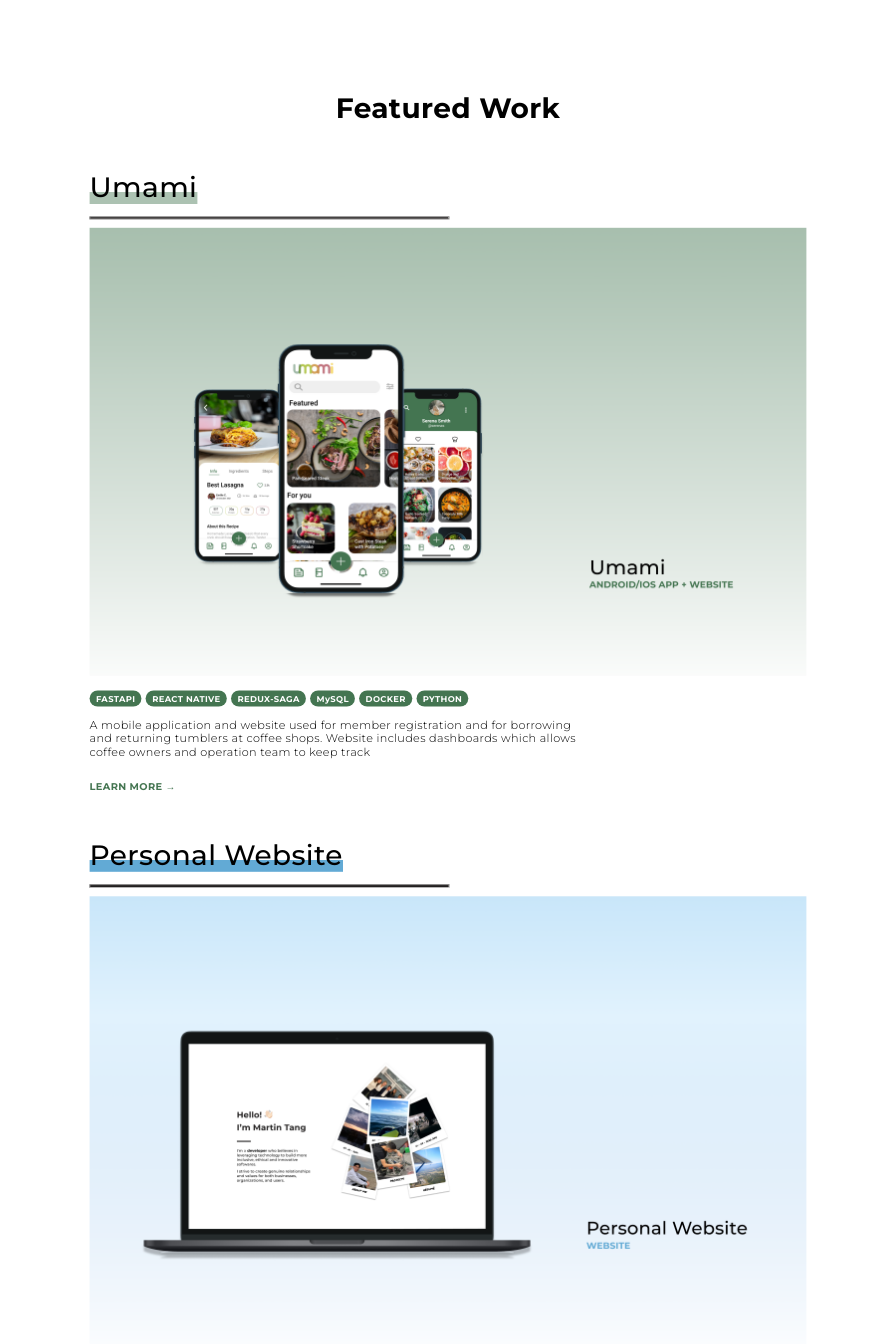
Repository: TangMartin/martintang
Page: index.html
These files come from the project's save history. The page is drawn as it stood at one moment and after the next save; the edit follows.
The browser window is 1280 px wide. The pictures show the part of the page from y = 879 to 2799 px (the page is 2982 px tall), at 70% of full size.

Above is the page before, as saved 2021-11-24 22:12:46.

### index.html
<!DOCTYPE html>

<html>
    <head>
        <link href="./styles/style.css" rel="stylesheet">
        <link rel="preconnect" href="https://fonts.googleapis.com">
        <link rel="preconnect" href="https://fonts.gstatic.com" crossorigin>
        <link href="https://fonts.googleapis.com/css2?family=Montserrat:wght@300;500;700&display=swap" rel="stylesheet">
        <title> Martin Tang</title>
    </head>

    <body>
        <!-- Nav Bar-->
        <!-- Main Page-->
        <div class="flex-main">
            <!-- Left Box-->
            <div class="flex-left">
                <h1>Hello! <span class="wave" style="margin-left: 4%;">👋🏻</span> </h1>
                <h1>I'm Martin Tang</h1>
                <hr style="height:5px; width:15%; margin-left:0; background-color:#222020; display: inline-block">
                <h3>I'm a <strong>developer</strong> who believes in leveraging technology to build more inclusive, ethical and innovative softwares. </h3>
                <h3>I strive to create genuine relationships and values for both businesses, organizations, and users.</h3>
            </div>
            <!-- Right Box-->
            <div class="flex-right">
                <div class="image-stack">
                    <a style="grid-column: 8; grid-row: 10; cursor: pointer; --turn-radius: 12deg; cursor: pointer;" href="./Martin_Tang_Resume.pdf" target="_blank" download>
                        <img src="./assets/polaroids/Resume.png"/>
                    </a>
                    <img style="grid-column: 3; grid-row: 1; --turn-radius: -12deg;" src="./assets/polaroids/Apsc100.png" />
                    <img style="grid-column: 1; grid-row: 7; --turn-radius: -12deg;" src="./assets/polaroids/Sunset.png" />
                    <img style="grid-column: 7; grid-row: 5; --turn-radius: 15deg;" src="./assets/polaroids/Hongkongpng.png" />
                    <a style="grid-column: 3; grid-row: 12; --turn-radius: -12deg; cursor: pointer;" href="./pages/aboutme.html">
                        <img src="./assets/polaroids/Aboutme.png" />
                    </a>
                    <img style="grid-column: 4; grid-row: 5; --turn-radius: -4deg;"src="./assets/polaroids/Jetski.png" />
                    <a style="grid-column: 5; grid-row: 9; --turn-radius: 10deg; cursor: pointer;" href="#featuredwork">
                        <img src="./assets/polaroids/Projects.png"/>
                    </a>
                </div>
            </div>
        </div>
        <div class="featured_work" id="featuredwork">
            <!-- Featured Work -->
            <h1 style="text-align: center; padding-top: 5rem;"> Featured Work </h1>
            <ul class="work_list">

                <!-- Umami -->
                <li class="work_item" style="--work-color: #447551;">
                    <h1><span class="highlight" style="--highlighter-color: #ACC2B2;">Umami</span></h1>
                    <hr style="height:2.5px; width:50%; margin-left:0; background-color:#222020; display: inline-block; margin">
                    <img class="work_image" src="./assets/images/Umami.png" />
                    <div class="technologies">
                        <p>FASTAPI</p>
                        <p>REACT NATIVE</p>
                        <p>REDUX-SAGA</p>
                        <p>MySQL</p>
                        <p>DOCKER</p>
                        <p>PYTHON</p>
                    </div>
                    <p class="work_description">
                        A mobile application and website used for member registration and for borrowing and returning tumblers at coffee shops.  Website includes dashboards which allows coffee owners and operation team to keep track
                    </p>
                    <h3> LEARN MORE → </h3>
                </li>

                <!-- Personal Website -->
                <li class="work_item" style="--work-color: #FFFFF;">
                    <h1><span class="highlight" style="--highlighter-color: #62AAD5;">Personal Website</span></h1>
                    <hr style="height:2.5px; width:50%; margin-left:0; background-color:#222020; display: inline-block">
                    <img class="work_image" src="./assets/images/Personalwebsite.png" />
                    <div class="technologies">
                        <p>FAST API</p>
                        <p>REACT NATIVE</p>
                        <p>REDUX-SAGA</p>
                        <p>SQL</p>
                        <p>DOCKER</p>
                    </div>
                    <p class="work_description">
                        A mobile application and website used for member registration and for borrowing and returning tumblers at coffee shops.  Website includes dashboards which allows coffee owners and operation team to keep track
                    </p>
                    <h3> LEARN MORE → </h3>
                </li>

            </ul>
        </div>
    </body>
</html>

### styles/style.css
:root {
    --highlighter-color: #EEDF5B;
    --work-color: #1cca73;
    --turn-radius: 6deg;
}

html{
    scroll-behavior: smooth;
}
body {
    max-width: 70rem;
    margin-right: auto;
    margin-left: auto;
    width: 80vw;
    padding-top: 2rem;
}

body,
h1,
h2,
h3,
h4,
h5 {
  font-family: 'Montserrat', sans-serif;
  letter-spacing: 0.5px;
}

h3 {
    margin-top: 10px;
    color: #222020;
    font-size: 20px;
    font-weight: 300;
}

/* MAIN PAGE */
.flex-main {
    display: flex;
    flex-direction: row;
}
.flex-main h1 {
    display: flex;
    flex-direction: row;
    font-size: 50px;
    margin: 5px 0px 10px 0px;
}

.flex-left {
    width: 40%;
    padding-top: 23%;
    padding-bottom: 2%;
}
.flex-right {
    width: 60%;
}
.image-stack{
    display: grid;
    grid-template-columns: repeat(12, 55px);
    grid-template-rows: repeat(19, 48px);
    padding-left: 10%;

}
.image-stack img {
    transition: all 0.3s ease-in-out 0s;
}
.image-stack img:hover {
    transform: rotate(var(--turn-radius));
    transition: all 0.3s ease-in-out 0s;
}

.wave {
    animation-name: wave-animation;  /* Refers to the name of your @keyframes element below */
    animation-duration: 2.5s;        /* Change to speed up or slow down */
    animation-iteration-count: infinite;  /* Never stop waving :) */
    transform-origin: 70% 70%;       /* Pivot around the bottom-left palm */
    display: inline-block;
  }

  @keyframes wave-animation {
      0% { transform: rotate( 0.0deg) }
     10% { transform: rotate(14.0deg) }  /* The following five values can be played with to make the waving more or less extreme */
     20% { transform: rotate(-8.0deg) }
     30% { transform: rotate(14.0deg) }
     40% { transform: rotate(-4.0deg) }
     50% { transform: rotate(10.0deg) }
     60% { transform: rotate( 0.0deg) }  /* Reset for the last half to pause */
    100% { transform: rotate( 0.0deg) }
  }

/* FEATUERED WORK */
.featured_work {
    margin-top: -5%;
}
.featured_work h1 {
    font-size: 40px;
}
.work_list {
    list-style: none;
    padding-left: 0;
}
.work_item {
    margin-top: 4rem;
}
.work_item h1{
    margin-bottom: 1%;
}
.work_item h3{
    margin-top: 3%;
    font-weight: bold;
    font-size: 14px;
    color: var(--work-color);
}
.work_image {
    max-width: 100%;
}
.work_description {
    margin-top: 5px;
    font-weight: 350;
    width: 70%;
}
.highlight {
    background: linear-gradient(180deg, #FFFFFF 65%, var(--highlighter-color) 65%);
    font-weight: 400;
}
.technologies {
    margin-top: 5px;
    display: flex;
    flex-direction:row;
}
.technologies p {
    font-size: 12px;
    margin-right: 6px;
    color: #FFFFFF;
    font-weight: 600;
    border-radius:20px;
    padding: 4px 9px 4px 9px;
    background: #447551;
}

After the next save:
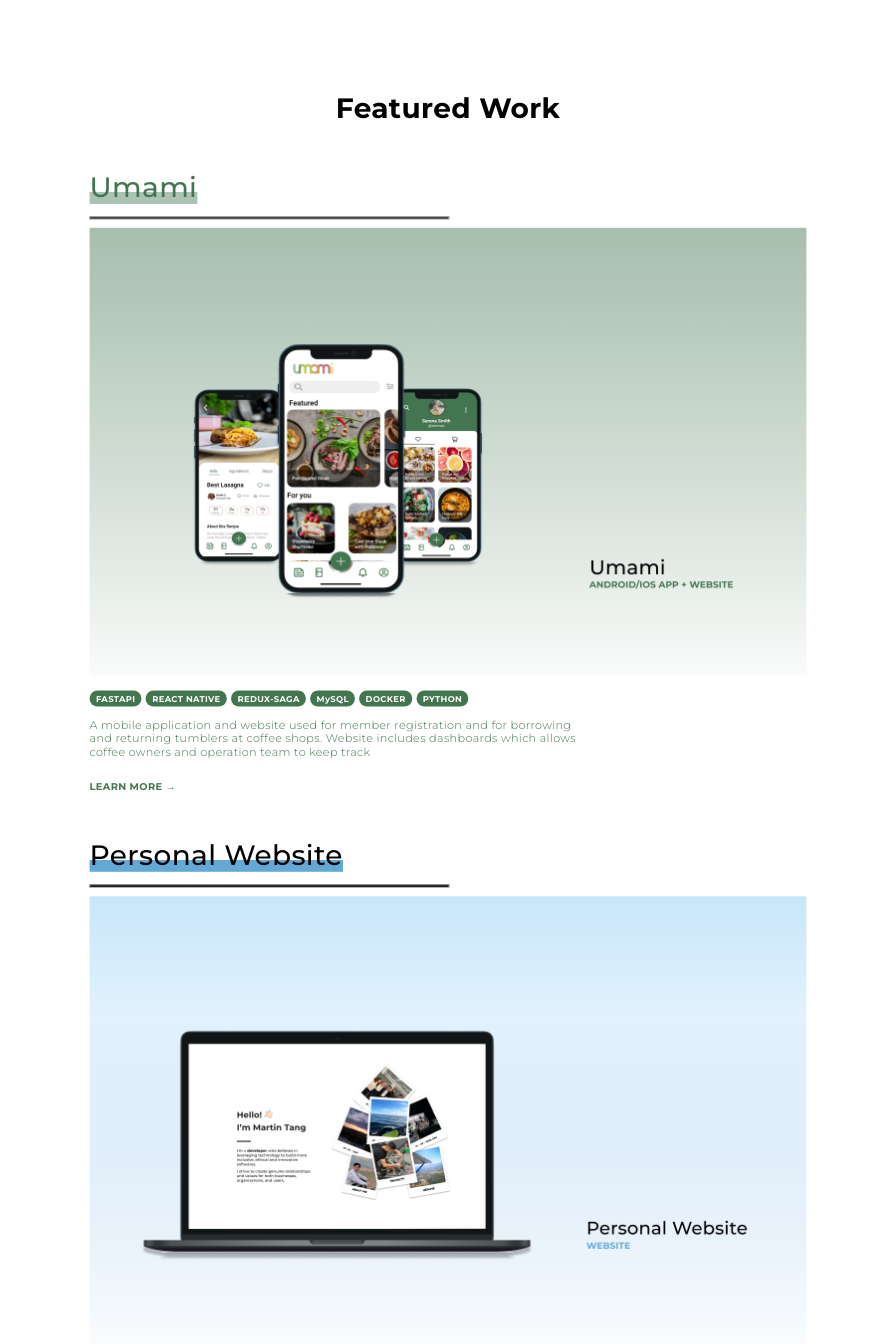
Saved 56 s later.
--- a/styles/style.css
+++ b/styles/style.css
@@ -99,6 +99,7 @@ h3 {
 }
 .work_item {
     margin-top: 4rem;
+    color: var(--work-color);
 }
 .work_item h1{
     margin-bottom: 1%;
@@ -133,5 +134,5 @@ h3 {
     font-weight: 600;
     border-radius:20px;
     padding: 4px 9px 4px 9px;
-    background: #447551;
+    background: var(--work-color);
 }
